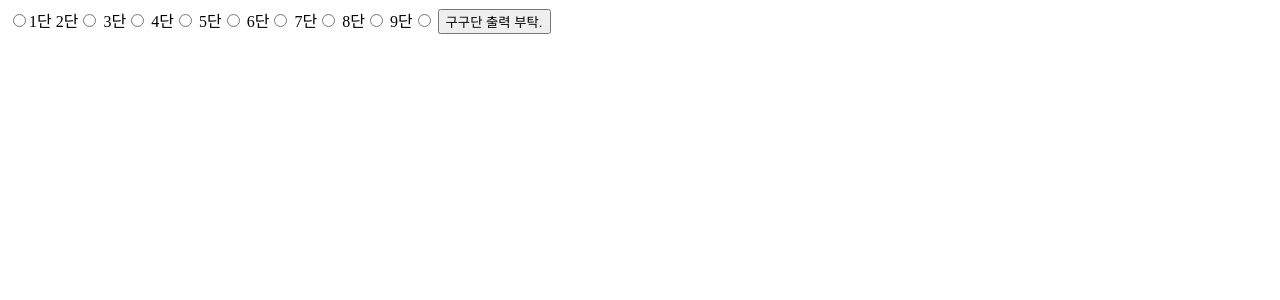
Repository: Moonsun23/jsp
Page: http://localhost/jsp01/gugudanFormRadio.jsp
These files come from the project's save history. The page is drawn as it stood at one moment and after the next save; the edit follows.
The browser window is 1280 px wide. The pictures show the whole page.
The page is served by Tomcat 9.

Above is the page before, as saved 2023-06-02 06:48:44.

After the next save:
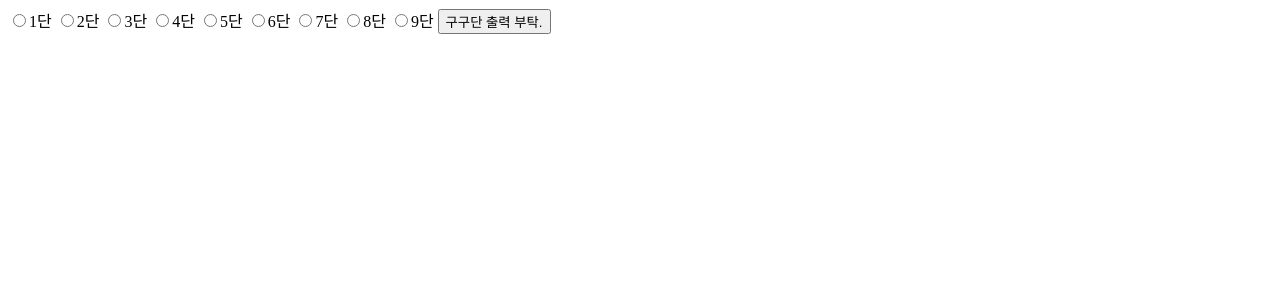
Saved 35 s later.
--- a/jsp01/src/main/webapp/gugudanFormRadio.jsp
+++ b/jsp01/src/main/webapp/gugudanFormRadio.jsp
@@ -9,14 +9,14 @@
 <body>
 	<form action='gugudanResult.jsp'>
 				<label><input type='radio' name='dan' value='1'><span>1단</span></label>
-				<label><span>2단</span><input type='radio' name='dan' value='2'></label>
-				<label><span>3단</span><input type='radio' name='dan' value='3'></label>
-				<label><span>4단</span><input type='radio' name='dan' value='4'></label>
-				<label><span>5단</span><input type='radio' name='dan' value='5'></label>
-				<label><span>6단</span><input type='radio' name='dan' value='6'></label>
-				<label><span>7단</span><input type='radio' name='dan' value='7'></label>
-				<label><span>8단</span><input type='radio' name='dan' value='8'></label>
-				<label><span>9단</span><input type='radio' name='dan' value='9'></label>
+				<label><input type='radio' name='dan' value='2'><span>2단</span></label>
+				<label><input type='radio' name='dan' value='3'><span>3단</span></label>
+				<label><input type='radio' name='dan' value='4'><span>4단</span></label>
+				<label><input type='radio' name='dan' value='5'><span>5단</span></label>
+				<label><input type='radio' name='dan' value='6'><span>6단</span></label>
+				<label><input type='radio' name='dan' value='7'><span>7단</span></label>
+				<label><input type='radio' name='dan' value='8'><span>8단</span></label>
+				<label><input type='radio' name='dan' value='9'><span>9단</span></label>
 				<button>구구단 출력 부탁.</button>
 				</form>
 </body>
